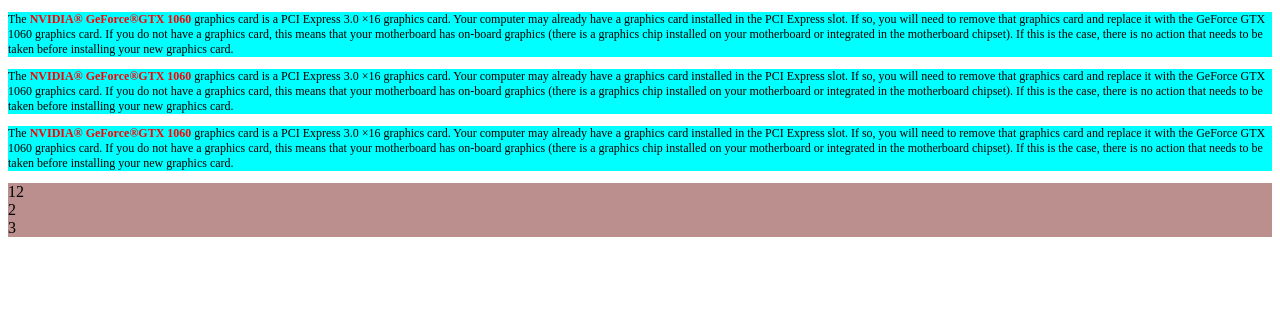
Repository: Gumiin/studia
Page: index.html
The author's editor kept a copy of each file at every save. The page is drawn from the files as they stood at one save, then again after the next save.
The browser window is 1280 px wide. The pictures show the whole page.

Above is the page before, as saved 2021-03-10 17:37:37.

### index.html
<!DOCTYPE html>
<html lang="en">
<head>
    <meta charset="UTF-8">
    <meta http-equiv="X-UA-Compatible" content="IE=edge">
    <meta name="viewport" content="width=device-width, initial-scale=1.0">
    <link rel="stylesheet" href="style.css">
    <title>Hello world... again...</title>
</head>
<body>
    <p>
        The <strong>NVIDIA® GeForce®GTX 1060</strong> graphics card is a PCI Express 3.0 ×16 graphics card.
        Your computer may already have a graphics card installed in the PCI Express slot. If so,
        you will need to remove that graphics card and replace it with the GeForce GTX 1060
        graphics card.
        If you do not have a graphics card, <span>this means that your</span> motherboard has on-board
        graphics (there is a graphics chip installed on your motherboard or integrated in the
        motherboard chipset). If this is the case, there is no action that needs to be taken
        before installing your new graphics card.
    </p>
    <p>
        The <strong>NVIDIA® GeForce®GTX 1060</strong> graphics card is a PCI Express 3.0 ×16 graphics card.
        Your computer may already have a graphics card installed in the PCI Express slot. If so,
        you will need to remove that graphics card and replace it with the GeForce GTX 1060
        graphics card.
        If you do not have a graphics card, <span>this means that your</span> motherboard has on-board
        graphics (there is a graphics chip installed on your motherboard or integrated in the
        motherboard chipset). If this is the case, there is no action that needs to be taken
        before installing your new graphics card.
    </p>
    <p>
        The <strong>NVIDIA® GeForce®GTX 1060</strong> graphics card is a PCI Express 3.0 ×16 graphics card.
        Your computer may already have a graphics card installed in the PCI Express slot. If so,
        you will need to remove that graphics card and replace it with the GeForce GTX 1060
        graphics card.
        If you do not have a graphics card, <span>this means that your</span> motherboard has on-board
        graphics (there is a graphics chip installed on your motherboard or integrated in the
        motherboard chipset). If this is the case, there is no action that needs to be taken
        before installing your new graphics card.
    </p>
    <div>
        12
    </div>
    <div>
        2
    </div>
    <div>
        3
    </div>
</body>
</html>

### style.css
p{
    background-color: aqua;
    font-size: 12px;
}
strong{
    color: red;
}
div{
    background-color: rosybrown;
}

After the next save:
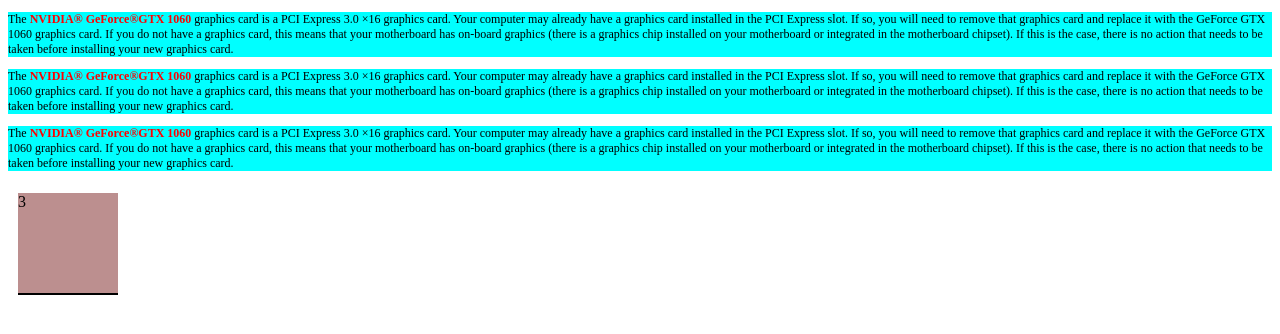
Saved 9 min 1 s later.
--- a/style.css
+++ b/style.css
@@ -7,4 +7,9 @@ strong{
 }
 div{
     background-color: rosybrown;
+    margin: 10px;
+    border-bottom: 2px solid black;
+    width: 100px;
+    height: 100px;
+    position: absolute;
 }
